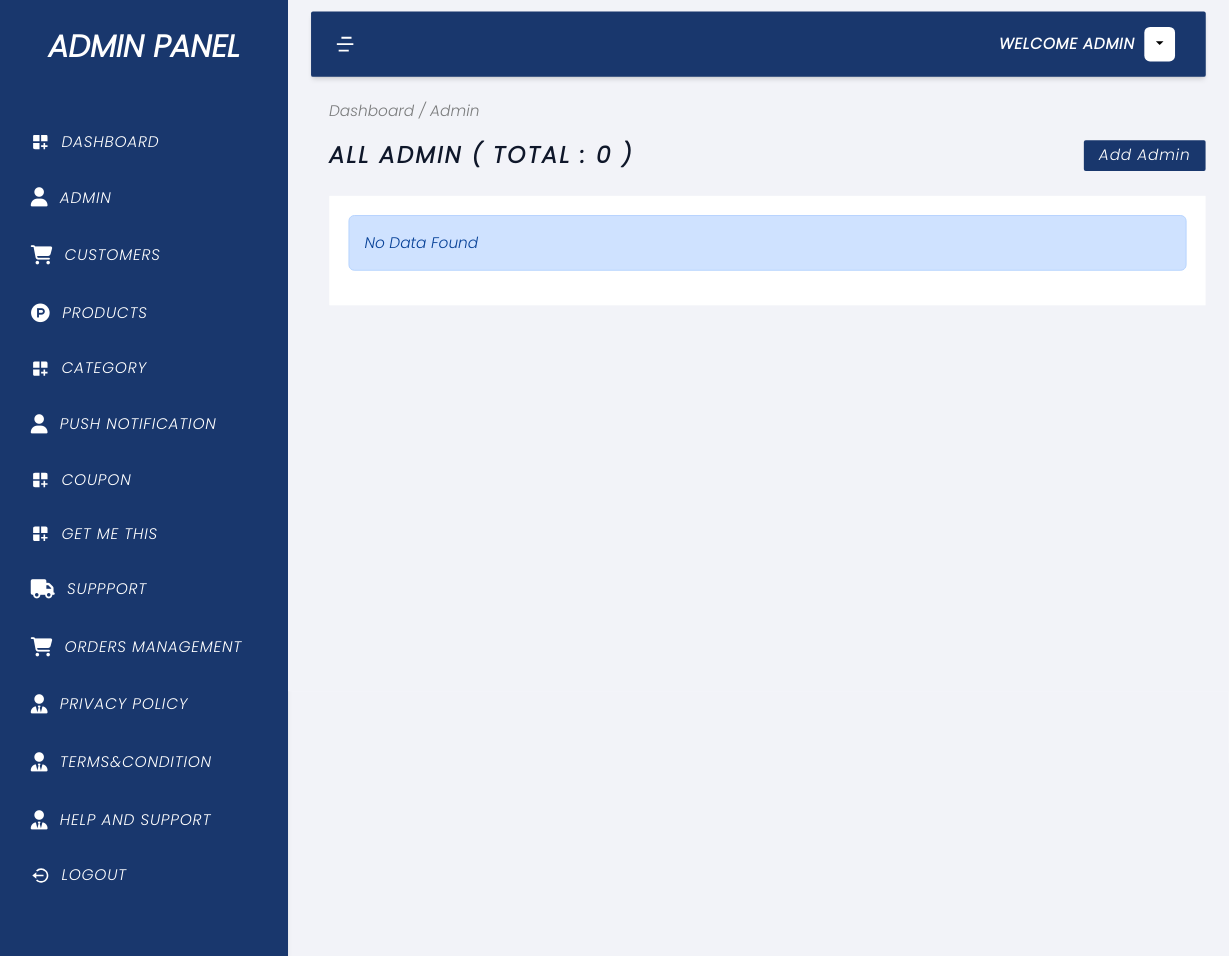
Repository: arpanmalik/project-khanna
Page: /Admin
An editor plug-in stored every save of this project. The page is shown before and after a run of saves, followed by the edit.
The browser window is 1280 px wide. The pictures show the whole page, at 96% of full size.
Pictures or frames that could not be fetched are drawn as grey boxes. The page's requests for data from a server got no answer. Some web libraries are served in a nearby version. The project was rebuilt for these pictures with package versions that can differ from the ones it lists, and the page was loaded fresh each time. No one was signed in, and anything a server would have sent is missing. Also part of the build but not shown: src/E-CommerceAdmin/forms/Login.jsx, src/E-CommerceAdmin/pages/Dashboard.jsx, src/E-CommerceAdmin/pages/ECategory.js, src/E-CommerceAdmin/pages/EProduct.js, src/E-CommerceAdmin/pages/EVendorList.js, src/E-CommerceAdmin/pages/EAdminOrders.js, src/E-CommerceAdmin/pages/EAdminProduct.js, src/E-CommerceAdmin/pages/EAdminDelivery.js and 11 more. Imported but missing from the stored project, and not drawn on this page: src/E-CommerceAdmin/pages/Component/SpinnerComp, src/E-CommerceVendor/forms/EVendorLogin, src/E-CommerceVendor/pages/EVCategory, src/E-CommerceVendor/pages/EVCoupon, src/E-CommerceVendor/pages/EVDashboard, src/E-CommerceVendor/pages/EVOrders, src/E-CommerceVendor/pages/EVProduct, src/E-CommerceVendor/pages/EVSubCategory.

Above is the page before, as saved 2023-05-16 15:00:32.

After the next 11 saves:
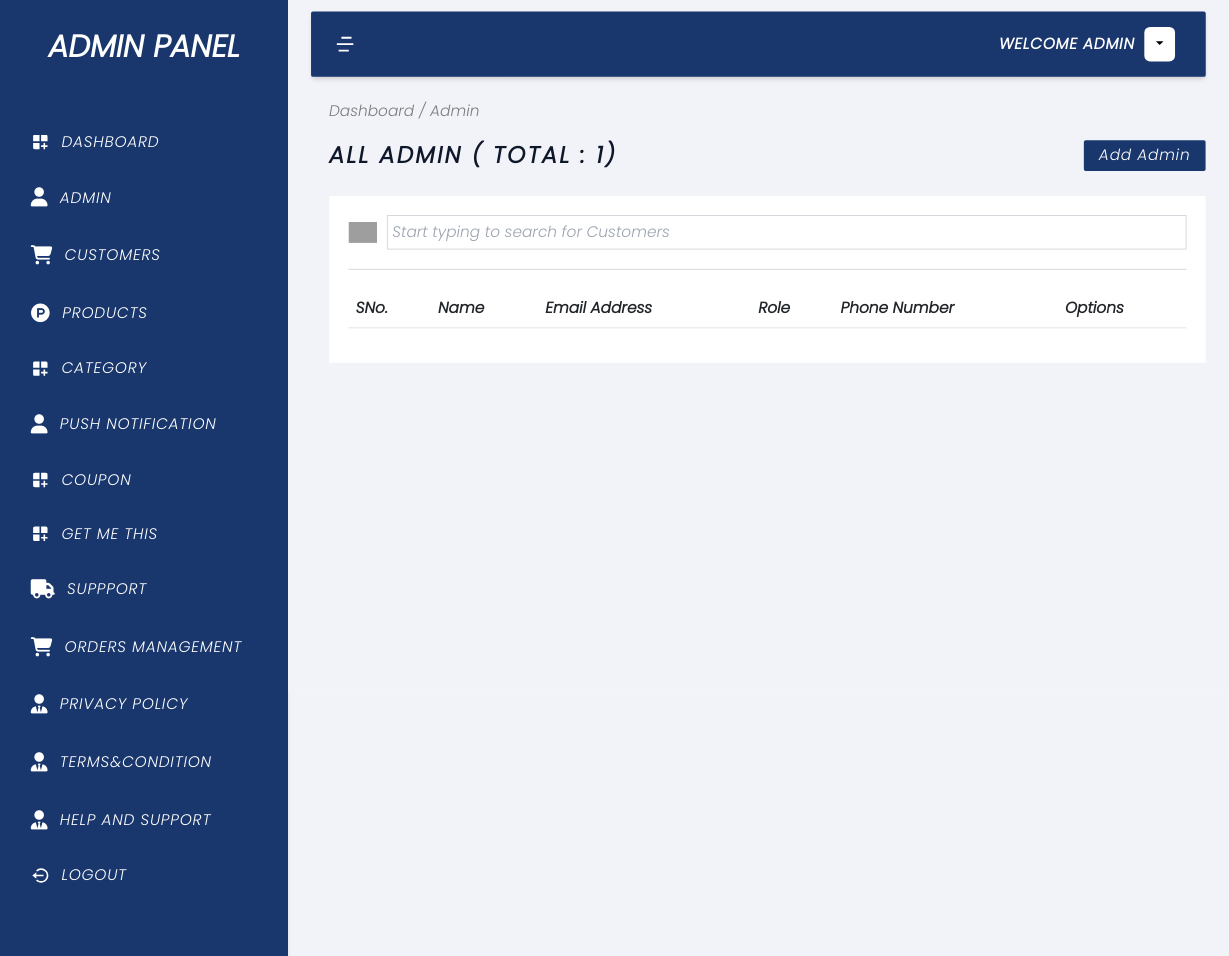
The 11 saves are shown as one change because 3 did not build or start and some came seconds apart.
The last was saved 69 s later.
--- a/src/E-CommerceAdmin/pages/EAdmin.js
+++ b/src/E-CommerceAdmin/pages/EAdmin.js
@@ -7,62 +7,8 @@ import { toast } from "react-toastify";
 import HOC from "../layout/HOC";
 
 const EAdmin = () => {
-  const [data, setData] = useState([]);
   const [modalShow, setModalShow] = React.useState(false);
 
-  // Pagination and Filter
-  const [query, setQuery] = useState("");
-  const [currentPage2, setCurrentPage2] = useState(1);
-  const [postPerPage2] = useState(10);
-  const lastPostIndex2 = currentPage2 * postPerPage2;
-  const firstPostIndex2 = lastPostIndex2 - postPerPage2;
-
-  let pages2 = [];
-
-  const TotolData = query
-    ? data?.filter(
-        (i) =>
-          i?.name?.toLowerCase().includes(query?.toLowerCase()) ||
-          i?.email?.toLowerCase().includes(query?.toLowerCase())
-      )
-    : data;
-
-  useEffect(() => {
-    if (query) {
-      setCurrentPage2(1);
-    }
-  }, [query]);
-
-  const slicedData = TotolData?.slice(firstPostIndex2, lastPostIndex2);
-
-  for (let i = 1; i <= Math.ceil(TotolData?.length / postPerPage2); i++) {
-    pages2.push(i);
-  }
-
-  function Next() {
-    setCurrentPage2(currentPage2 + 1);
-  }
-
-  function Prev() {
-    if (currentPage2 !== 1) {
-      setCurrentPage2(currentPage2 - 1);
-    }
-  }
-
-  const fetchData = async () => {
-    try {
-      const { data } = await axios.get(
-        "http://ec2-65-1-248-95.ap-south-1.compute.amazonaws.com:8886/api/user"
-      );
-      setData(data.users.filter((i) => i.role.includes("admin")));
-    } catch (e) {
-      console.log(e);
-    }
-  };
-
-  useEffect(() => {
-    fetchData();
-  }, []);
 
   function MyVerticallyCenteredModal(props) {
     const [name, setName] = useState("");
@@ -190,7 +136,7 @@ const EAdmin = () => {
           className="tracking-widest text-slate-900 font-semibold uppercase "
           style={{ fontSize: "1.5rem" }}
         >
-          All Admin ( Total : {data?.length} )
+          All Admin ( Total : 1)
         </span>
         <button
           onClick={() => {
@@ -203,11 +149,6 @@ const EAdmin = () => {
       </div>
 
       <section className="sectionCont">
-        {data?.length === 0 || !data ? (
-          <Alert> No Data Found</Alert>
-        ) : (
-          <>
-            {/* Filter */}
             <div className="filterBox">
               <img
                 src="https://t4.ftcdn.net/jpg/01/41/97/61/360_F_141976137_kQrdYIvfn3e0RT1EWbZOmQciOKLMgCwG.jpg"
@@ -236,8 +177,6 @@ const EAdmin = () => {
                 </tbody>
               </Table>
             </div>
-          </>
-        )}
       </section>
     </>
   );
